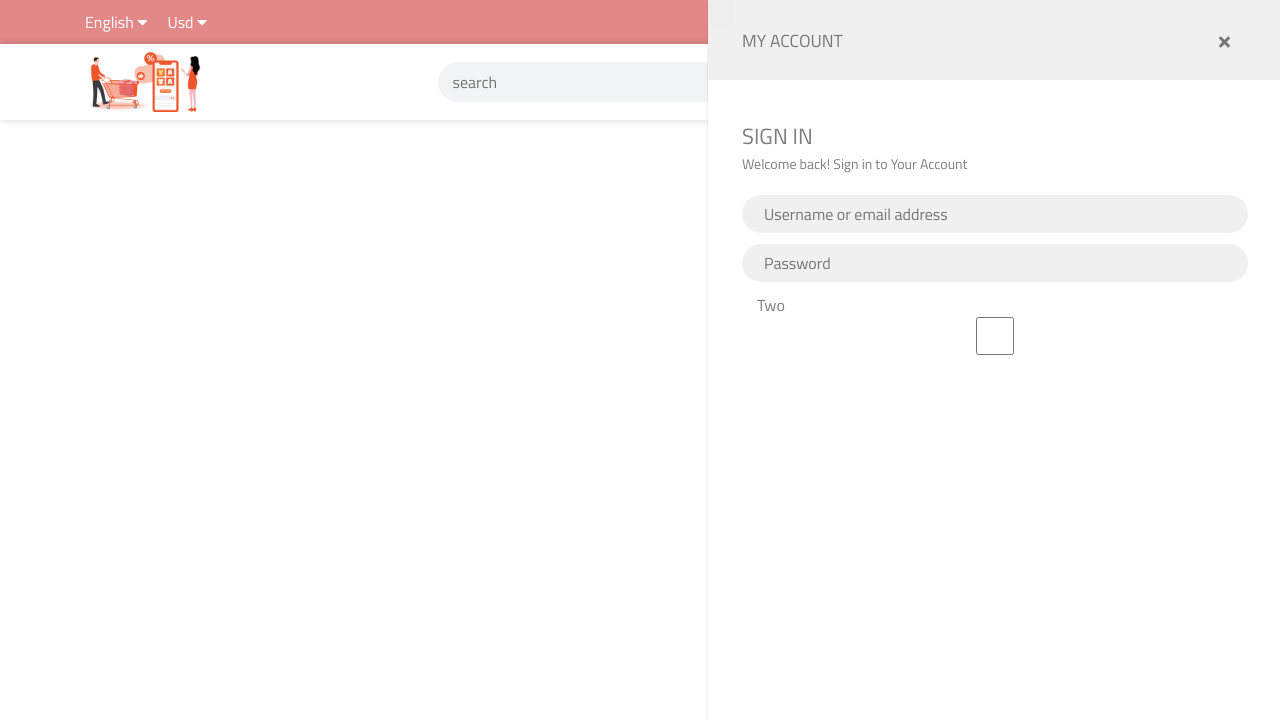
Repository: amrh20/ecommerce-temp
Page: src/index.html
An editor plug-in stored every save of this project. The page is shown before and after the next save, followed by the edit.
The browser window is 1280 px wide. The pictures show the whole page.
The style sheet was rebuilt from its Sass, Less or Tailwind sources for each picture, by a compiler version that may differ from the author's.

Above is the page before, as saved 2020-01-19 14:01:38.

After the next save:
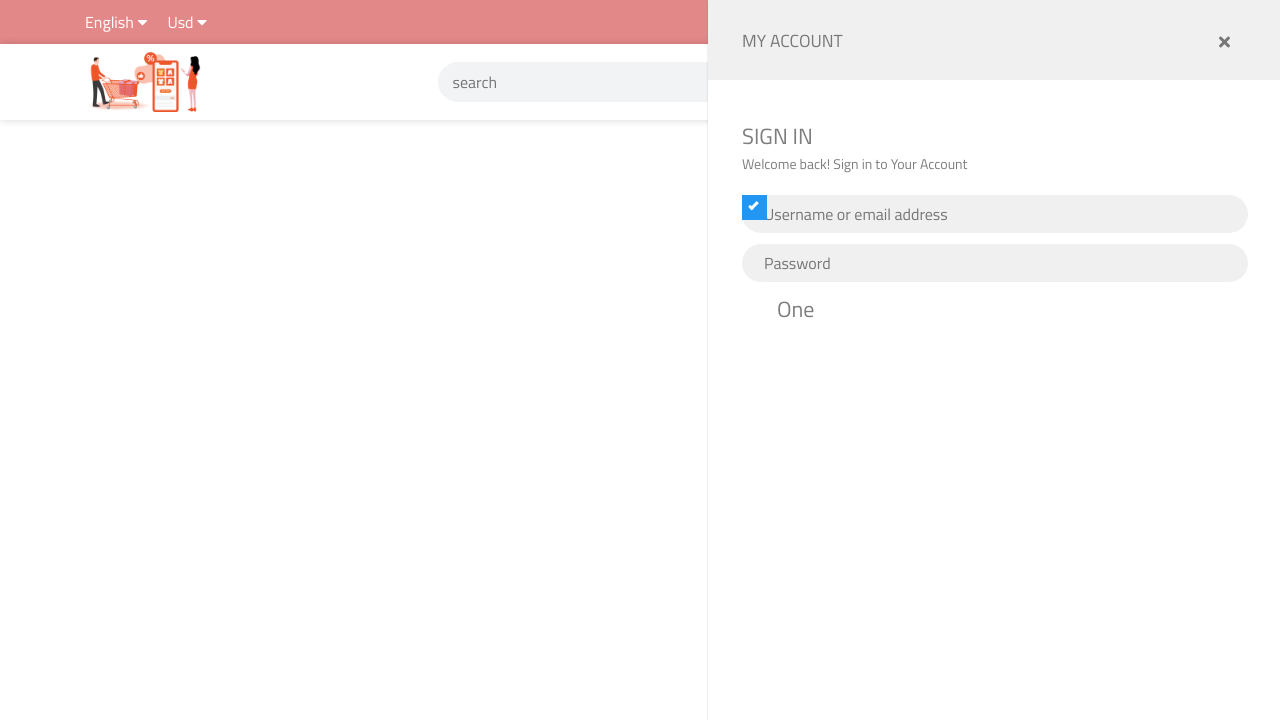
Saved 15 s later.
--- a/src/index.html
+++ b/src/index.html
@@ -283,10 +283,10 @@
                 <input type="text" placeholder="Password">
               </div>
               <div class="sign_in-remember">
-                <label class="container">Two
-  <input type="checkbox">
-  <span class="checkmark"></span>
-</label>
+                <label class="test">One
+                  <input type="checkbox" checked="checked">
+                  <span class="checkmark"></span>
+                </label>
               </div>
             </div>
           </div>
